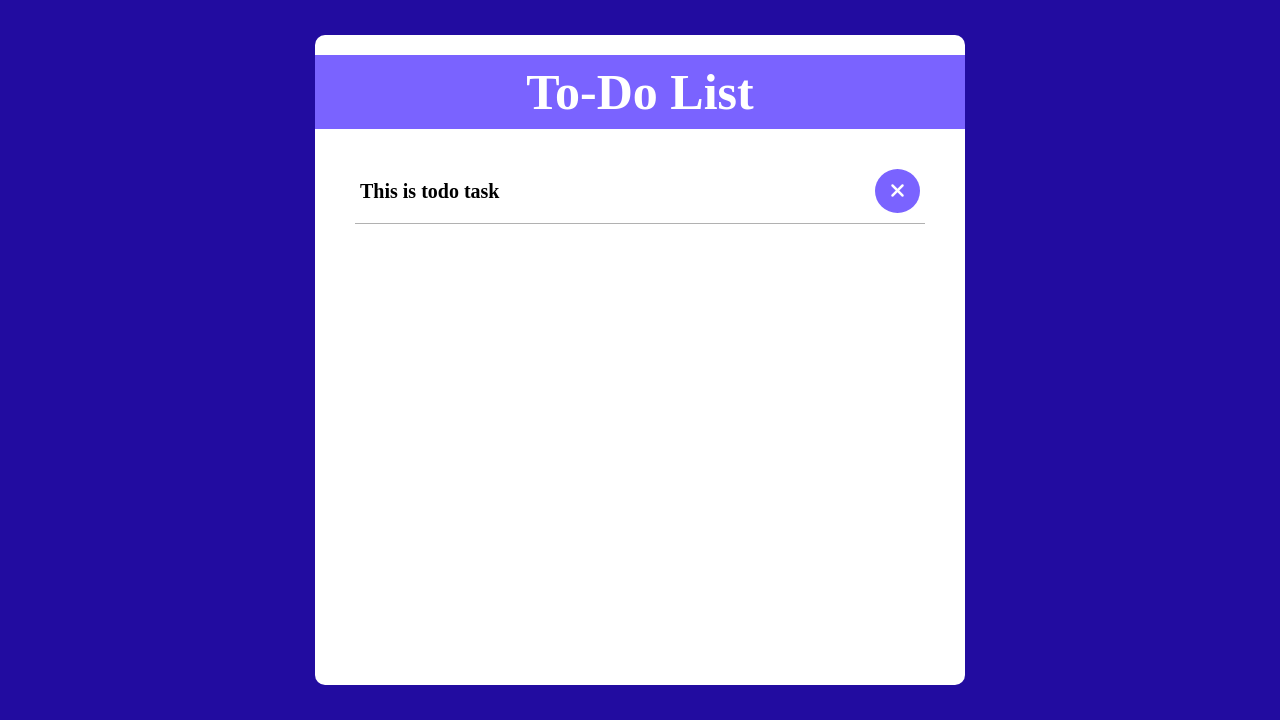
Repository: AliHassan02-Dev/To-Do-App
Page: /
An editor plug-in stored every save of this project. The page is shown before and after the next save, followed by the edit.
The browser window is 1280 px wide. The pictures show the whole page.
Some web libraries are served in a nearby version. The project was rebuilt for these pictures with package versions that can differ from the ones it lists, and the page was loaded fresh each time. Also part of the build but not shown: vite.config.js.

Above is the page before, as saved 2024-10-28 11:48:16.

After the next save:
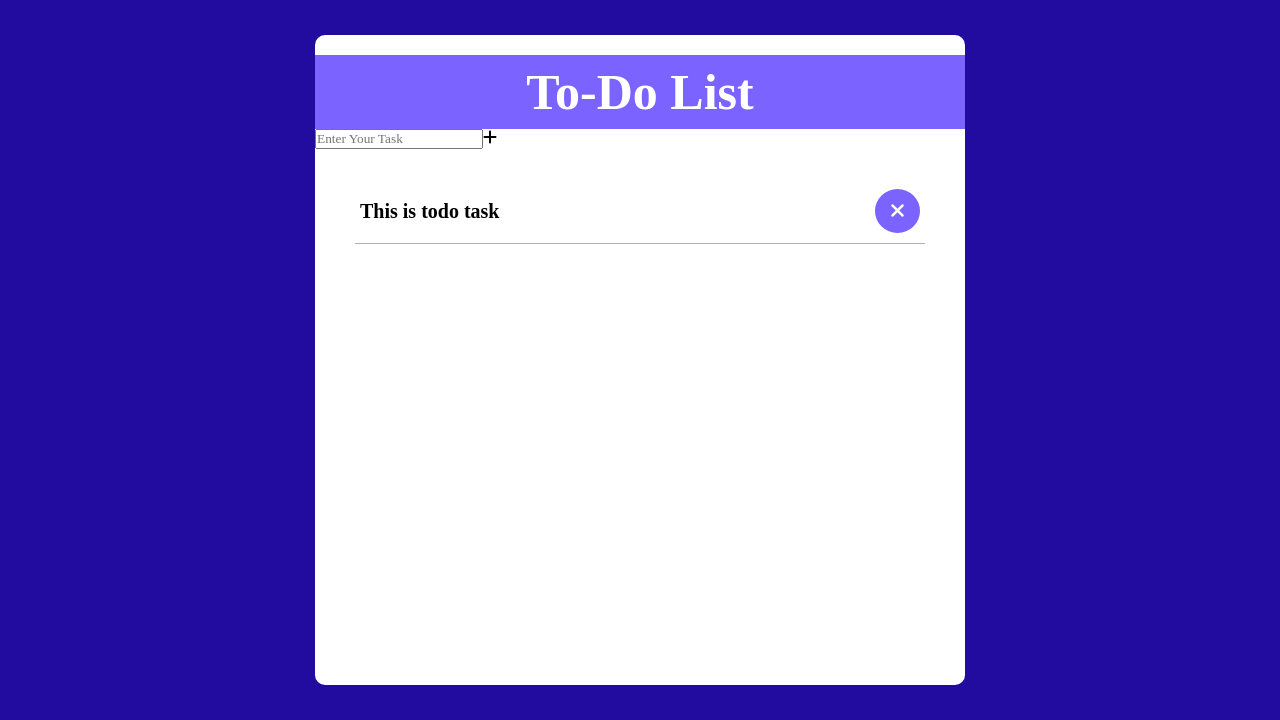
Saved 2 min 13 s later.
--- a/src/App.jsx
+++ b/src/App.jsx
@@ -7,6 +7,11 @@ const App = () => {
       <div className="container">
         <div className="topBar">
           <h2>To-Do List</h2>
+
+          <div className="addTask">
+            <input type="text" placeholder="Enter Your Task" />
+            <span className="fa-solid fa-plus"></span>
+          </div>
         </div>
         <div className="bottomBar">
           <ol>
